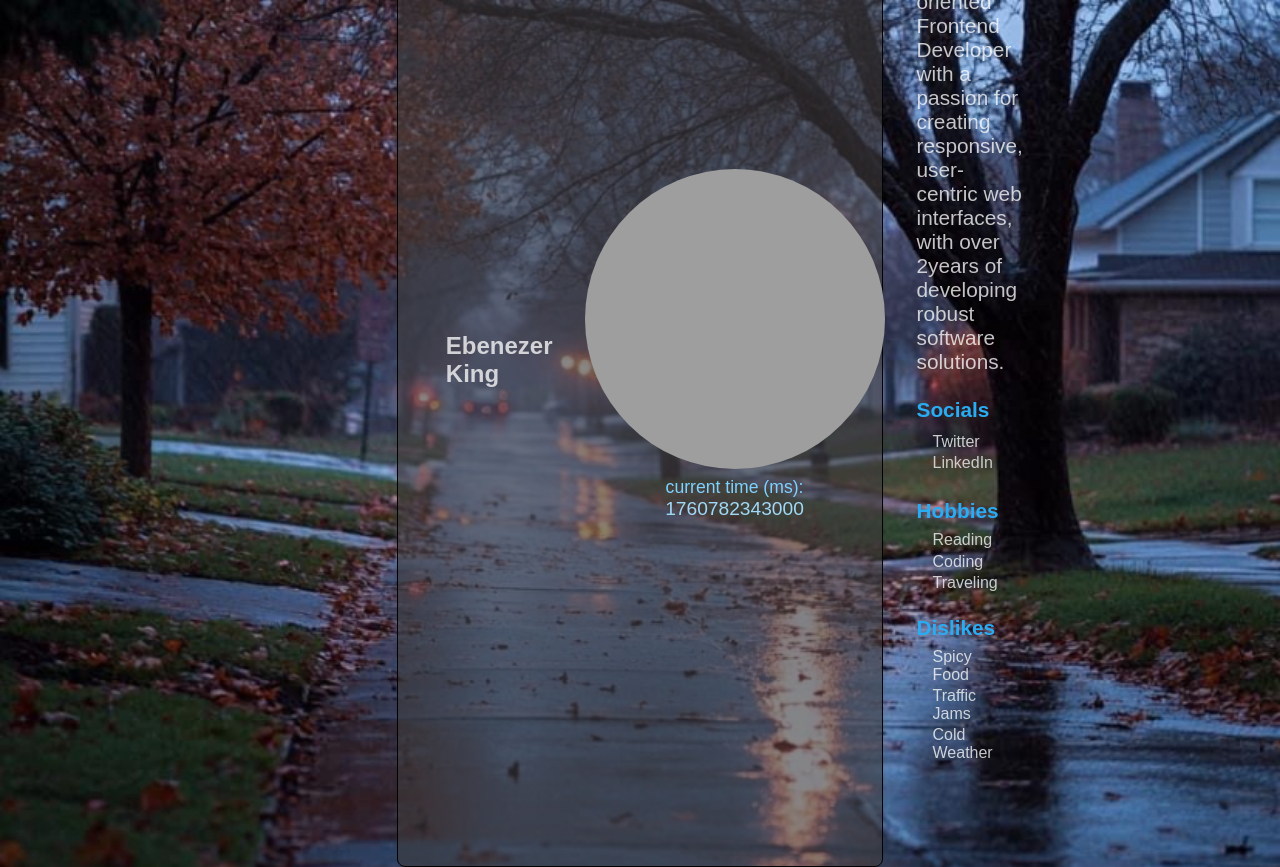
Repository: ebenezertiewei/profileCard
Page: index.html
The author's editor kept a copy of each file at every save. The page is drawn from the files as they stood at one save, then again after the next save.
The browser window is 1280 px wide. The pictures show the whole page.
Pictures or frames that could not be fetched are drawn as grey boxes.

Above is the page before, as saved 2025-10-18 12:06:51.

After the next save:
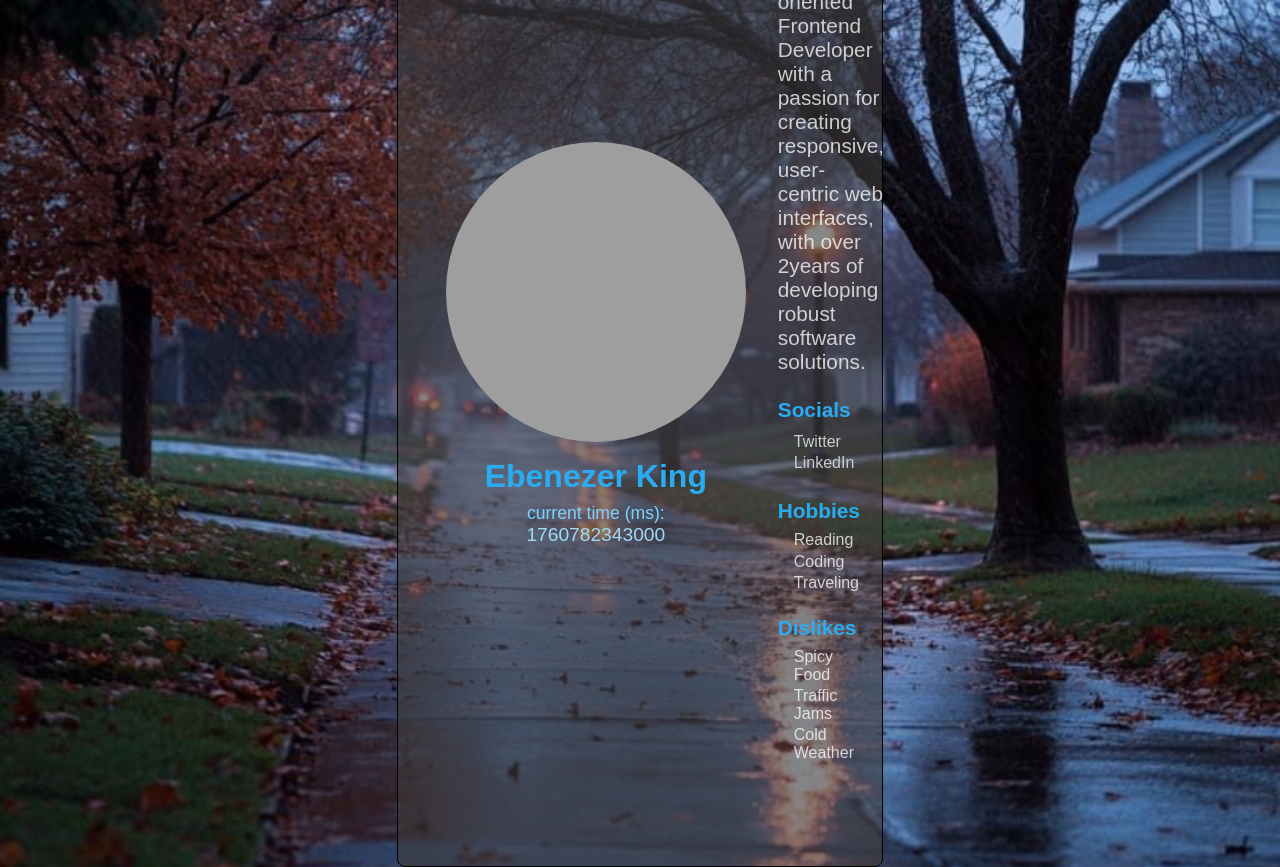
Saved 100 s later.
--- a/index.html
+++ b/index.html
@@ -9,8 +9,6 @@
 	<body>
 		<!--------------------------------- PROFILE CARD CONTAINER ---------------------------->
 		<article data-testid="test-profile-card">
-			<!----------------------------------- user name ---------------------------->
-			<h1 data-testid="test-user-name">Ebenezer King</h1>
 			<!---------------------------------- PROFILE HEADER ---------------------------->
 			<section id="profileHeader" data-testid="test-profile-header">
 				<figure>
@@ -22,7 +20,8 @@
 					/>
 					<!-- <figcaption>Ebenezer King</figcaption> -->
 				</figure>
-
+				<!----------- user name ----------->
+				<h2 data-testid="test-user-name">Ebenezer King</h2>
 				<!----------- current time----------->
 				<span data-testid="test-user-time-header" class="time-header">
 					current time (ms):
